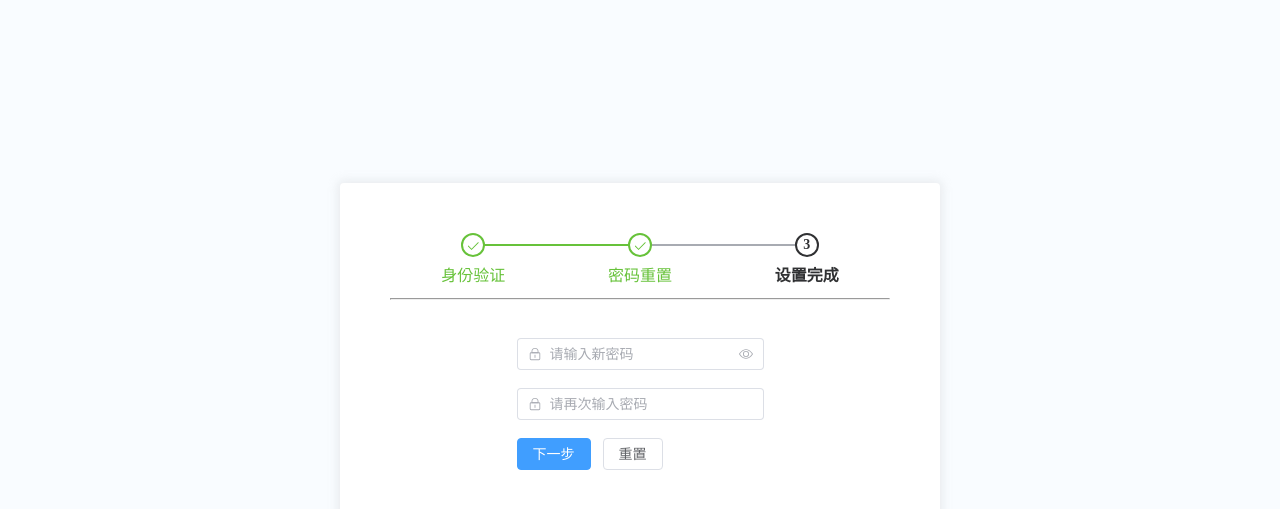
Repository: Harmony-camp/ckw-manager
Page: /#/ForgotPassword (app in manage/)
These files come from the project's save history. The page is drawn as it stood at one moment and after the next save; the edit follows.
The browser window is 1280 px wide. The pictures show the whole page.
The project was rebuilt for these pictures with package versions that can differ from the ones it lists, and the page was loaded fresh each time. Also part of the build but not shown: manage/vite.config.js.

Above is the page before, as saved 2023-05-27 11:31:28.

### manage/src/main.js
import { createApp } from 'vue'
import router from './router'
import ElementPlus from 'element-plus'
import 'element-plus/dist/index.css'
import App from './App.vue'
import store from './store'
import * as ELIcons from '@element-plus/icons-vue'
import storage from './utils/storage'

const app = createApp(App)

app.directive("has",{
	beforeMount:(el,binding)=>{

		let actionList = storage.getItem("actionList")
		let value = binding.value
		let hasPermission = actionList.includes(value)
		if(!hasPermission){
			el.style="display:none"
			setTimeout(()=>{
				el.parentNode.removeChild(el)
			},0)
		}
	}
})

for (let iconName in ELIcons) {
	app.component(iconName, ELIcons[iconName])
}

app.use(router).use(store).use(ElementPlus).mount('#app')

### manage/src/router/index.js
import { createRouter, createWebHashHistory } from 'vue-router'
import { defineAsyncComponent } from 'vue'

import storage from '../utils/storage'
import {getPermissionList} from '../api'
import utils from '../utils/utils'

const routes = [
  {
    name: "home",
    path: "/",
    component: ()=>import("../components/Home.vue"),
    redirect: "Welcome",
    meta: {
      title: "首页"
    },
    children: [
      {
        name: "welcome",
        path: "/welcome",
        meta: {
          title: "欢迎使用本系统"
        },
        component: () => import("../views/Welcome.vue")
      },
      {
        name: "profile",
        path: "/profile",
        redirect: "analysis",
        meta: {
          title: "个人中心"
        },
        component: () => import("../views/profile/index.vue"),
        children:[
          {
            name: "analysis",
            path: "/profile/analysis",
            meta: {
              title: "个人整体分析"
            },
            component: () => import("../views/profile/Analysis.vue"),
          },
          {
            name: "award-time",
            path: "/profile/award-time",
            meta: {
              title: "获奖时间"
            },
            component: () => import("../views/profile/AwardTime.vue"),
          },
        ]
      },
    ]
  },

  {
    name: "login",
    path: "/login",
    meta: {
      title: "登录"
    },
    component: () => import("../views/login/Login.vue")
  },
  {
    name: "register",
    path: "/register",
    meta: {
      title: "注册"
    },
    component: () => import("../views/login/Register.vue")
  },
  {
    name: "ForgotPassword",
    path: "/ForgotPassword",
    meta: {
      title: "注册"
    },
    component: () => import("../views/login/ForgotPassword.vue")
  },

  {
    name: "404",
    path: "/404",
    meta: {
      title: "页面不存在"
    },
    component: () => import("../views/login/404.vue")
  },

]

const router = createRouter({
  history: createWebHashHistory(),
  routes
})

async function loadAsyncRoutes(){
  let userinfo  = storage.getItem("userinfo") || {}
  if(userinfo.token){
    try{
      const {menuList} =  await getPermissionList()
      let routes = utils.generateRoute(menuList)
      routes.map(route=>{
        let url = `../views/${route.component}.vue`
        route.component =  ()=>import(/* @vite-ignore */url)
        router.addRoute("home",route)
      })
    }catch(error){
      console.log('error :>> ', error);
    }
  }
}

await loadAsyncRoutes()
function checkPermission(path){
  let routes =[]
  router.getRoutes().forEach(item=>{
    routes.push(item.path)
  })
  return routes.includes(path)
}

router.beforeEach((to,form,next)=>{
  if(checkPermission(to.path) || to.path =="/"){
    document.title = to.meta.title
    next()
  }else{
    next("/404")
  }
})

export default router

### manage/src/App.vue
<template>
  <router-view></router-view>
</template>

<script setup>

</script>

<style lang="scss">
@import './assets/style/reset.css';
@import './assets/style/index.scss';
</style>

### manage/src/store/index.js
/**
 * vuex状态管理
 */
import {createStore} from 'vuex'
import mutations from './mutations'
import storage from '../utils/storage'

const state = {
  userinfo:storage.getItem("userinfo") || {},
  menuLit:storage.getItem("menuList") || [],
  actionList :storage.getItem("actionListList") || [],
  noticeCount:0
}

export default createStore({
  state,
  mutations
})

### manage/src/utils/storage.js
/**
 * Storage二次封装
 * @author yyy
 */
import config from "../config"

export default{
  setItem(key,val){
    let storage = this.getStorage()
    storage[key] = val
    window.localStorage.setItem(config.namespace,JSON.stringify(storage))
  },
  getItem(key){
    return this.getStorage()[key]
  },
  getStorage(){
    return JSON.parse( window.localStorage.getItem(config.namespace )|| "{}")
  },
  clearItem(key){
    let storage = this.getStorage()
    delete storage[key]
    window.localStorage.setItem(config.namespace,JSON.stringify(storage))
  },
  clearAll(){
    window.localStorage.clear()
  },
}

### manage/src/api/index.js
/**
 * api管理
 */

import request from "../utils/request"

/**
 * 用户登录
 * @param {Object} params
 * @returns
 */
export  const UserLogin = (params)=>{
  return request({
      url:"/users/login",
      method:"post",
      data:params,
    })
  }

/**
 * 获取是否有信息需要处理
 * @param {Object} params
 * @returns
 */
export  const NoticeCount = (params)=>{
  return request({
    url:"/leave/count",
    method:"get",
    data:params,
    // mock:true
  })
}

/**
 * 获取菜单
 * @returns
 */
export  const MenuList = (params)=>{
  return request({
    url:"/menu/list",
    method:"get",
    data:params,
    // mock:true
  })
}

/**
 * 获取用户列表
 * @param {Object} params
 * @returns
 */

export  const GetUserList = (params)=>{
  return request({
    url:"/users/list",
    method:"get",
    data:params,
  })
}
export  const GetAllUserList = ()=>{
  return request({
    url:"/users/all/list",
    method:"get",
    // mock:true
  })
}
/**
 * 删除用户，可批量删除
 * @param {Array} params
 * @returns
 */
export  const UserDelete = (params)=>{
  return request({
    url:"/users/delete",
    method:"post",
    data:params,
    // mock:true
  })
}
/**
 * 获取角色信息
 * @returns
 */
export  const GetRoleAllList = ()=>{
  return request({
    url:"/roles/allList",
    method:"get",
    data:{},
    // mock:true
  })
}
export  const GetRoleList = (param)=>{
  return request({
    url:"/roles/list",
    method:"get",
    data:param,
    // mock:true
  })
}
/**
 * 获取部门信息
 * @returns
 */
export  const GetDeptList = (params)=>{
  return request({
    url:"/dept/list",
    method:"get",
    data:params,
    // mock:true
  })
}

/**
 * 角色增删改查
 * @param {Object} params
 * @returns
 */
export  const UserSubmit = (params)=>{
  return request({
    url:"/users/operate",
    method:"post",
    data:params,
    // mock:true
  })
}
/**
 * 菜单操作
 * @param {Object} params
 * @returns
 */
export  const MenuSubmit = (params)=>{
  return request({
    url:"/menu/operate",
    method:"post",
    data:params,
    // mock:true
  })
}

export  const RoleOperate = (params)=>{
  return request({
    url:"/roles/operate",
    method:"post",
    data:params,
    // mock:true
  })
}
export  const DeptOperate = (params)=>{
  return request({
    url:"/dept/operate",
    method:"post",
    data:params,
    // mock:true
  })
}
export  const UpdatePermission = (params)=>request({
    url:"/roles/update/permission",
    method:"post",
    data:params,
    // mock:true
})



export const getPermissionList = ()=>request.get("/users/getPermissionList")
export const GetApplyList  = params=>request.get("/leave/list",params,{mock:false})
export const LeaveOperate  = params=>request.post("/leave/operate",params,{mock:false})
export const LeaveApprove  = params=>request.post("/leave/approve",params,{mock:false})

export const dataToTestify  = params=>request.post("/teacher/createTestify",params)

//获取注册页面角色
export const getRegisterRoleList = params=>request.get("/roles/allList",params)

//获取模块分类排序数据
export const querySortList = params=>request.get("/teacher/query",params)

export const GetTeacherlList = params=>request.get("/teacher/list",params)
export const GetTeacherApprovallList = params=>request.get("/teacher/approvalList",params)

### manage/src/utils/utils.js
/**
 * 工具函数封装
 */
import {GetTeacherlList} from '../api'
export default{
  formateDate(date,rule){
    let fmt = rule || 'MM-dd hh:mm:ss'

    const o = {

      "M+":date.getMonth(),
      "d+":date.getDate(),
      "h+":date.getHours(),
      "m+":date.getMinutes(),
      "s+":date.getSeconds(),

    }
    for(let key in o){
      if(new RegExp(`(${key})`).test(fmt)){
        const val = o[key] + ''
        fmt =  fmt.replace(RegExp.$1,RegExp.$1.length==1?val:('00'+val).substring(val.length))
      }
    }
    return date.getFullYear()+"-" + fmt
  },
  generateRoute(menuList){
    let routes = []

    const deepList = (list)=>{
      while(list.length){
        let item = list.pop()
        if(item.action){
          routes.push({
            name:item.menuName,
            path:item.path,
            meta:{
              title:item.menuName
            },
            component:item.component
          })

        }
        if(item.children && !item.action){
          deepList(item.children)
        }
      }
    }
    deepList(menuList)
    return routes
  },
  async getTeacherApprovalList(action,userId){

    let res = await GetTeacherlList({action,userId})
    return res
  }
}

### manage/src/views/login/ForgotPassword.vue
<template>
  <div class="forgot-wrapper">
    <div class="modal">
      <el-steps align-center :active="active" finish-status="success">
        <el-step title="身份验证" />
        <el-step title="密码重置" />
        <el-step title="设置完成" />
      </el-steps>
      <hr>
      <div class="main">
        <div class="setIdentity" v-if="active == 1">
          <div class="form">
            <el-form>
              <el-form-item>
                <el-input :prefix-icon="Avatar" />
              </el-form-item>
              <el-form-item>
                <el-input :prefix-icon="Message">
                  <template #append>
                    <el-button>获取邮箱验证码</el-button>
                  </template>
                </el-input>
              </el-form-item>
              <el-form-item>

                  <el-button type="primary"> 下一步 </el-button>
                  <el-button> 重置 </el-button>

              </el-form-item>
            </el-form>
          </div>
        </div>

        <div class="setPassword" v-if="active == 2">
          <el-form :model="setPasswd">
            <el-form-item prop="password">
              <el-input
                v-model="setPasswd.password"
                type="password"
                ref="passwd"
                :prefix-icon="Lock"
                placeholder="请输入新密码"
              >
              <template #suffix >
                <el-icon @click="showPassword"><View/></el-icon>
              </template>
            </el-input>
            </el-form-item>
            <el-form-item prop="rePassword">
              <el-input
                v-model="setPasswd.rePassword"
                type="password"
                :prefix-icon="Lock"
                placeholder="请再次输入密码"
              />
            </el-form-item>
            <el-form-item>
              <el-button type="primary"> 下一步 </el-button>
              <el-button> 重置 </el-button>
            </el-form-item>
          </el-form>
        </div>
        <div class="success" v-if="active == 3">
          <span>设置成功，请从新登录</span>
          <el-button type="primary">从新登录</el-button>
        </div>
      </div>
    </div>
  </div>
</template>

<script setup>
import { ref,reactive } from "vue";
import { Avatar, Message,Lock ,View} from "@element-plus/icons-vue";

const active = ref(2);
const passwd = ref("")
const setPasswd = reactive({

})
const showPassword = ()=>{
  if(passwd.value.input.type == "password") passwd.value.input.type = "text"
  else passwd.value.input.type = "password"

}
</script>

<style lang="scss">
.forgot-wrapper {
  display: flex;
  justify-content: center;
  align-items: center;
  background-color: #f9fcff;
  width: 100vw;
  height: 100vh;
  .modal {
    width: 600px;
    padding: 50px;
    background-color: #fff;
    border-radius: 4px;
    box-shadow: 0px 0px 10px 3px #c7c9cb4d;
    .main{
      >* {
        padding-top: 30px;
        align-items: center;
        display: flex;
        justify-content: center;
      }
    }

  }
}
</style>

### manage/src/assets/style/index.scss
html, body {
  height: 100%;
  width: 100%;
}
*:not([class^='el-']) {
  box-sizing: border-box;
}
.white{
  background-color: #ffffff;
}
a{
  text-decoration: none;
}
.gray{
  background-color: #eef0f3;
}
.mr10{
  margin-right: 10px;
}
.mr20{
  margin-right: 20px;
}
.mb20{
  margin-bottom: 20px;
}
.m-lr10{
  margin-left: 10px;
  margin-right: 10px;
}
.p20{
  padding: 20px;
}
.pl20{
  padding-left: 20px;
}
.text-right{
  text-align: right;
}
.fr{
  float: right;
}
.flex{
  display: flex;
}
.flex-between{
  display: flex;
  justify-content: space-between;
}
.flex-center{
  display: flex;
  justify-content: center;
}
.tips{
  margin-left: 15px;
  color: #787878;
}


/*
* 公共样式
*/
.query-form {
  background-color: #ffffff;
  padding: 22px 20px 0;
  border-radius: 5px;
}
.base-table {
  border-radius: 5px;
  background: #ffffff;
  margin-top: 20px;
  margin-bottom: 20px;
  .action {
    border-radius: 5px 5px 0px 0px;
    background: #ffffff;
    padding: 20px;
    border-bottom: 1px solid #ece8e8;
  }
  .el-pagination{
     justify-content: flex-end;
     padding-right: 20px;
     padding-top: 20px;
     padding-bottom: 5px;
  }

}

### manage/src/store/mutations.js
/**
 * Mutations业务层数据提交
 */


import storage from "../utils/storage";

export default {
  saveUserInfo(state,userinfo){
    state.userinfo = userinfo;
    storage.setItem("userinfo",userinfo)
  },
  saveMenuList(state,menuList){
    state.menuList = menuList;
    storage.setItem("menuList",menuList)
  },
  saveActionList(state,actionList){
    state.actionList = actionList;
    storage.setItem("actionList",actionList)
  },
  saveNoticeCount(state,noticeCount){
    state.noticeCount = noticeCount;
    storage.setItem("noticeCount",noticeCount)
  },
}

### manage/src/config/index.js

const env = import.meta.env.MODE || "prod";

const EnvConfig = {
  dev:{
    baseApi:"/api",
    mockApi:"https://www.fastmock.site/mock/fa4c18963ab634ec12a063962937ba52/api"
  },
  test:{
    baseApi:"https://www.fastmock.site/mock/fa4c18963ab634ec12a063962937ba52/api",
    mockApi:"https://www.fastmock.site/mock/fa4c18963ab634ec12a063962937ba52/api"
  },
  prod:{
    baseApi:"/api",
    mockApi:"https://www.fastmock.site/mock/fa4c18963ab634ec12a063962937ba52/api"
  }
}

export default{
  env:"dev",
  mock:false,
  namespace:'manage',
  ...EnvConfig[env]
}

### manage/src/utils/request.js
/**
 * axios二次封装
 */

import axios from 'axios'
import {ElMessage} from 'element-plus'
import router from '../router'
import config from '../config'
import storage from './storage'
const TOKEN_INVALID = "token认证失败，请从新登陆"
const NETWORK_ERROR = "网络请求异常，请稍后重试"

//TODO axios实例对象，添加全局配置
const service = axios.create({
  baseURL:config.baseApi,
  timeout:8000
})


service.interceptors.request.use(req=>{

  //TODO 封装请求拦截
  const headers = req.headers;
  const {token} = storage.getItem("userinfo") || {}
  if(!headers.Authorization) headers.Authorization = "Bearer "  + token
  return req

})


service.interceptors.response.use(res=>{
  const {code,data,msg} = res.data;
  if(code === 200) return data;
  else if(code === 50001){
    ElMessage.error(TOKEN_INVALID)
    setTimeout(()=>{
      router.push('/login')
      return Promise.reject(TOKEN_INVALID)
    },1500)
  }else{
    ElMessage.error(msg|| NETWORK_ERROR)
    return Promise.reject(msg||NETWORK_ERROR)
  }

})


/**
 * 请求核心参数
 * @param {*} options 请求配置
 * @returns
 */

function request(options){
  options.method = options.method || "get"
  if(options.method.toLowerCase() === 'get'){
    options.params = options.data;
  }
  let isMock  = config.mock
  if(typeof options.mock != "undefined") isMock = options.mock
  if(config.env === 'prod'){
    service.defaults.baseURL = config.baseApi
  }else{
    service.defaults.baseURL = isMock? config.mockApi:config.baseApi
  }
  return service(options)
}

["get","post","put","delete",'patch'].forEach(item=>{
  request[item] = (url,data,options)=>{
    return request({
      url,
      data,
      method:item,
      ...options
    })
  }
})

export default request

Loaded but not shown: manage/index.html (common file); manage/src/assets/style/reset.css (common file)

After the next save:
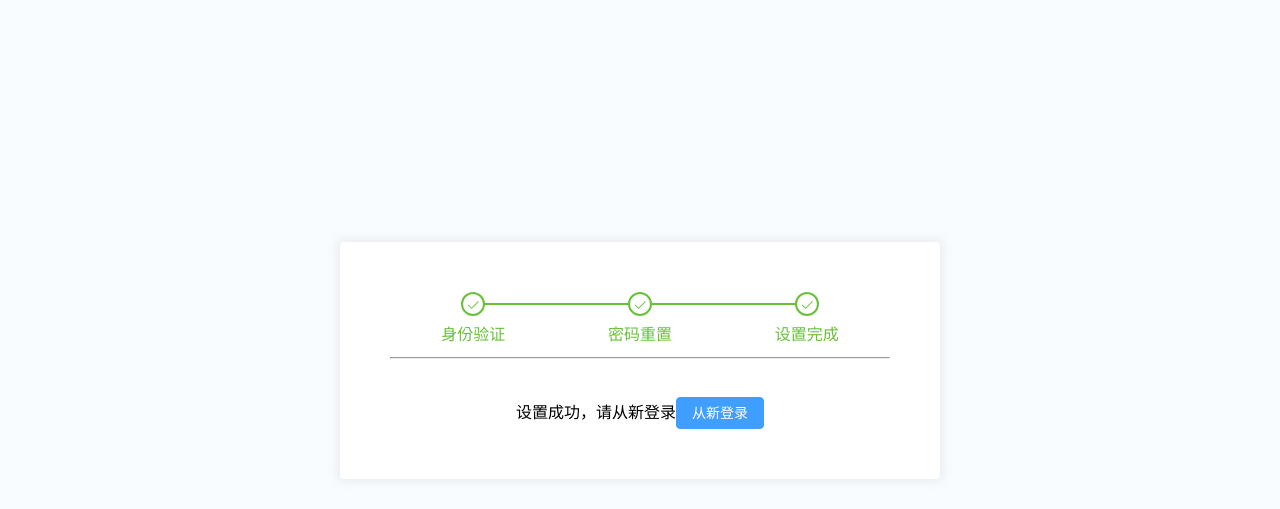
Saved 4 s later.
--- a/manage/src/views/login/ForgotPassword.vue
+++ b/manage/src/views/login/ForgotPassword.vue
@@ -73,7 +73,7 @@
 import { ref,reactive } from "vue";
 import { Avatar, Message,Lock ,View} from "@element-plus/icons-vue";
 
-const active = ref(2);
+const active = ref(3);
 const passwd = ref("")
 const setPasswd = reactive({
 
